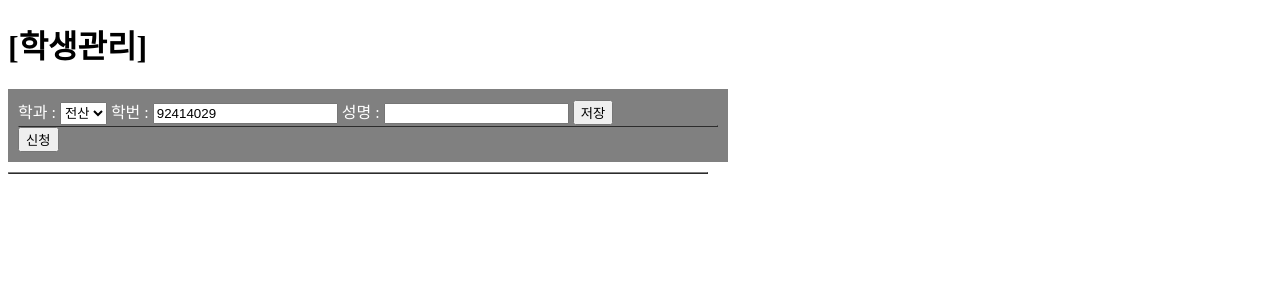
Repository: odasd/Ark-html
Page: 20200429/ex20200508/WebContent/slist.html
The author's editor kept a copy of each file at every save. The page is drawn from the files as they stood at one save, then again after the next save.
The browser window is 1280 px wide. The pictures show the whole page.
Some web libraries are served in a nearby version.

Above is the page before, as saved 2020-05-08 13:30:55.

After the next save:
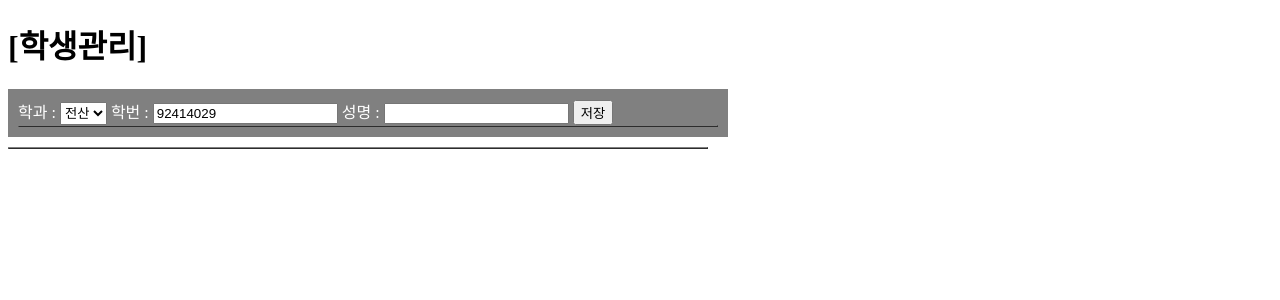
Saved 77 s later.
--- a/20200429/ex20200508/WebContent/slist.html
+++ b/20200429/ex20200508/WebContent/slist.html
@@ -40,7 +40,7 @@
 		</tr>
 		{{/each}}
 		</script>
-		<input type="button" id="btnInsert" value="신청">
+
 	</div>
 
 	<div id="students2">

After the save that followed:
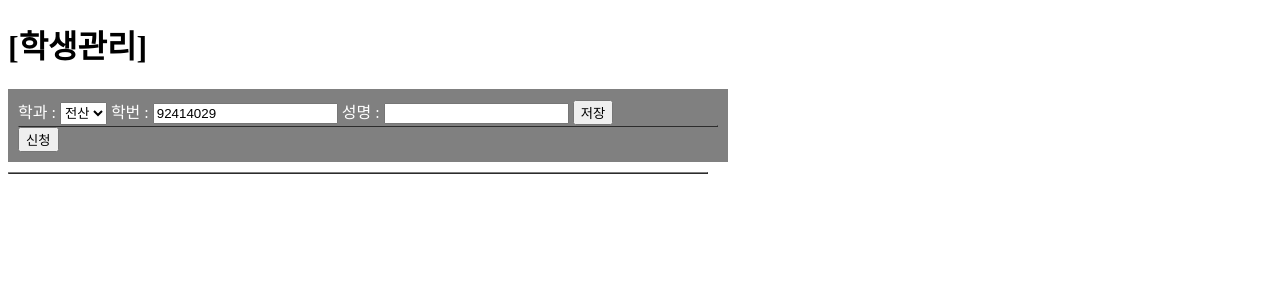
Saved 16 s later.
--- a/20200429/ex20200508/WebContent/slist.html
+++ b/20200429/ex20200508/WebContent/slist.html
@@ -40,7 +40,7 @@
 		</tr>
 		{{/each}}
 		</script>
-
+		<input type="button" id="btnInsert" value="신청">
 	</div>
 
 	<div id="students2">
